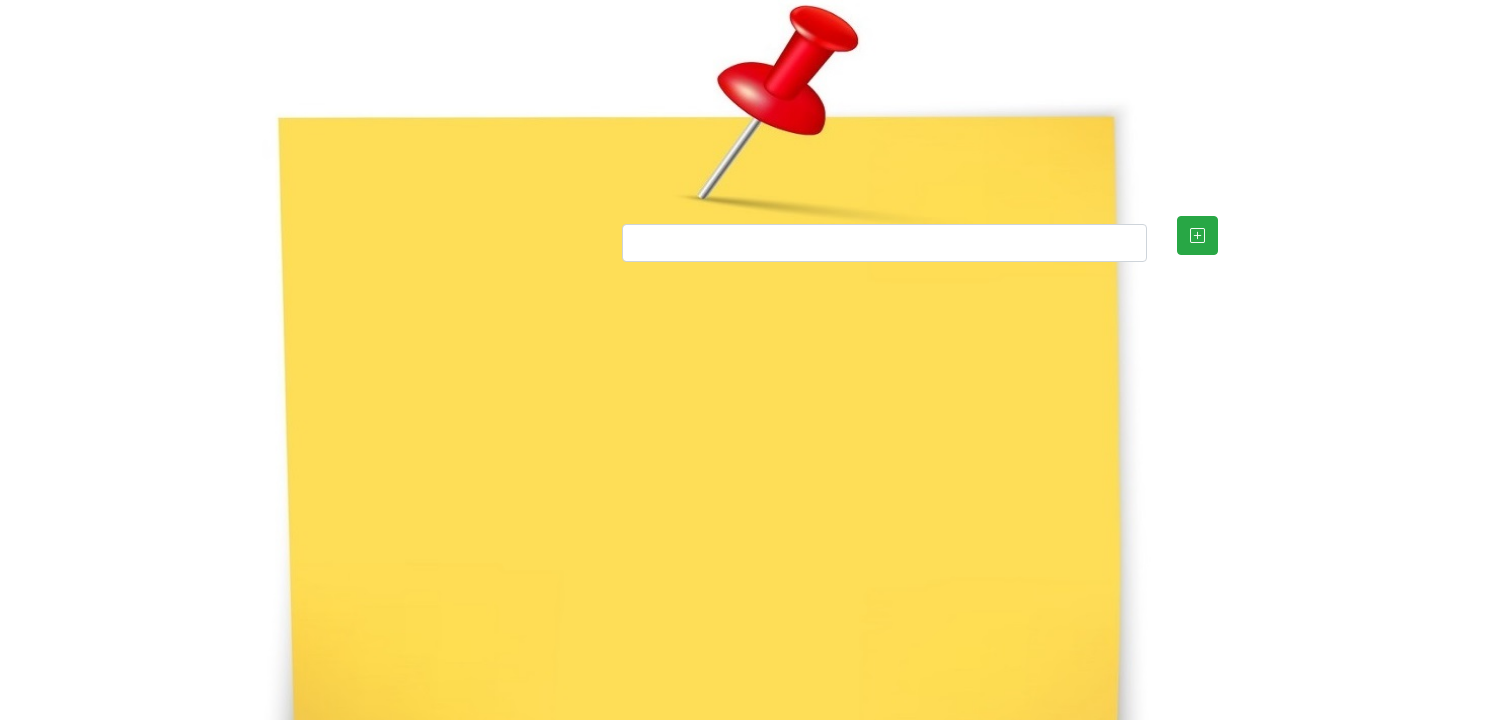
Repository: walaaElbasha/Todo-list-laravel
Page: http://localhost/tasks
The author's editor kept a copy of each file at every save. The page is drawn from the files as they stood at one save, then again after the next save.
The browser window is 1280 px wide. The page is 1490 px wide, then 1280 px, so the pictures cover 1490 px, including what lies to the right of the window. The pictures show the whole page.
The page is served by the project's Laravel application, run on PHP 8.4 with Laravel 8. Other server files are loaded and not shown. Style sheets and scripts are compiled from the project's sources, by tool versions that may differ from the author's. Queries for data that is not in the repository find no rows.

Above is the page before, as saved 2021-07-01 14:59:04.

### routes/web.php
<?php

use Illuminate\Support\Facades\Route;
use App\Http\Controllers\TaskController;
/*
|--------------------------------------------------------------------------
| Web Routes
|--------------------------------------------------------------------------
|
| Here is where you can register web routes for your application. These
| routes are loaded by the RouteServiceProvider within a group which
| contains the "web" middleware group. Now create something great!
|
*/

Route::get('/', function () {
    return view('welcome');
});

Route::get('/tasks', [TaskController::class, 'index'])->name('tasks.index');
Route::post('/tasks', [TaskController::class, 'store'])->name('tasks.store');
Route::get('/tasks/{task}/edit', [TaskController::class, 'edit'])->name('tasks.edit');
Route::put('/tasks/{task}', [TaskController::class, 'update'])->name('tasks.update');
Route::delete('/tasks/{task}', [TaskController::class, 'destroy'])->name('tasks.destroy');

### app/Http/Controllers/TaskController.php
<?php

namespace App\Http\Controllers;
use Illuminate\Http\Request;
use App\Http\Requests\TaskRequest;
use App\Models\Task;


class TaskController extends Controller

{

    public function index()
    {
        $allTasks = Task::paginate(4);

        return view('tasks.index', [
            'allTasks' => $allTasks
        ]);
    }

    public function edit($taskId)
    {
        $task = Task::find($taskId);
        return view('tasks.edit', [
            'task' => $task,
        ]);
    }
    public function update($taskId, TaskRequest $request)
    {


        // $requestData = $request->all();

        // $task = Task::find($taskId);
        // $task->update($requestData);
        // $task->save();

        $requestData = $request->all();
        $task = Task::find($taskId);
        $task->update($requestData);
        $task->save();
        return redirect()->route('tasks.index')->with('success', "TODO updated successfully!");
    }

    public function destroy($taskId)
    {

        $task = Task::findorfail($taskId);

        $task->delete();
        return redirect()->route('tasks.index');
    }



    public function store(TaskRequest $request)
    {

        // $requestData = $request->all();
        // Task::create($requestData);

        $task = new Task;
        $task->name = $request->name;
        $task->save();
        return redirect()->route('tasks.index');
    }

}

### resources/views/tasks/index.blade.php
@extends('layouts.app')

@section('content')

<!-- Bootstrap Boilerplate... -->
<div>

    <div class="container" style="margin-top:200px; margin-left:350px" >

        <!-- Display Validation Errors -->
        <table>
            <ul >
                @foreach($allTasks as $task)


                <tr>
                    <td style="width:600px">
                        <div style="display:flex">
                            <!-- <div style="justify-content:flex-start"> -->
                            <li>
                                {{ $task->name}}

                            </li>
                    </td>
                    <td>
                        <!-- </div> -->
                        <div style="justify-content:flex-end">

                            <a href="{{ route('tasks.edit',['task' => $task['id']]) }}" class="btn btn-secondary" style="margin-bottom: 20px;"><i class="bi bi-pencil-square"></i>


                            </a>

                            <form style="display:inline" method="POST" action="{{route('tasks.destroy',['task' => $task['id']])}}">
                                @csrf
                                @method('DELETE')
                                <button onclick="return confirm('Are you sure?')" class="btn btn-danger" type="submit" style="margin-bottom: 20px;"><i class="bi bi-trash-fill"></i></button>
                            </form>
                        </div>
    </div>
    <br>
    </td>

    </tr>


    @endforeach
    </ul>
    </table>
    <!-- New Task Form -->
    <form action="{{ route('tasks.store') }}" method="POST" class="form-horizontal">
        @csrf

        <!-- Task Name -->
        <div class="form-group">
            <div class="text-center" style="display:flex; justify-content:center; align-items:center">
                {{$allTasks->links("pagination::bootstrap-4")}}

            </div>

            @if($errors->any())
            <div class="alert alert-danger">
                <ul>
                    @foreach ($errors->all() as $error)
                    <li>{{ $error }}</li>
                    @endforeach
                </ul>
            </div>
            @endif
            <div style="display:flex; justify-content:center; align-items:center">
                <div class="col-sm-6">
                    <input type="text" name="name" id="name" class="form-control">
                </div>

                <div class="form-group">
                    <div class="col-sm-offset-3 col-sm-6">
                        <button type="submit" class="btn btn-success">
                            <span style="font-size:15px"><i class="bi bi-plus-square"></i> </span>
                        </button>
                    </div>
                </div>
            </div>
        </div>
    </form>
</div>
</div>



<!-- TODO: Current Tasks -->
@endsection

### resources/views/layouts/app.blade.php
<!DOCTYPE html>
<html lang="en">

<head>
    <meta charset="utf-8">
    <meta name="viewport" content="width=device-width, initial-scale=1">

    <!-- CSRF Token -->
    <meta name="csrf-token" content="{{ csrf_token() }}">

    <title>{{ config('app.name', 'All Tasks') }}</title>

    <!-- Scripts -->
    <script src="{{ asset('js/app.js') }}" defer></script>

    <!-- Fonts -->
    <link rel="dns-prefetch" href="//fonts.gstatic.com">
    <link href="https://fonts.googleapis.com/css?family=Nunito" rel="stylesheet">

    <!-- Styles -->
    <link href="{{ asset('css/app.css') }}" rel="stylesheet">
    <link rel="stylesheet" href="https://cdn.jsdelivr.net/npm/bootstrap@4.6.0/dist/css/bootstrap.min.css" integrity="sha384-B0vP5xmATw1+K9KRQjQERJvTumQW0nPEzvF6L/Z6nronJ3oUOFUFpCjEUQouq2+l" crossorigin="anonymous">
    <link rel="stylesheet" href="path/to/font-awesome/css/font-awesome.min.css">
    <link rel="stylesheet" href="https://cdn.jsdelivr.net/npm/bootstrap-icons@1.5.0/font/bootstrap-icons.css">
</head>


<body style="background-image: url('sticky.jpg')  ; background-repeat: no-repeat;
  background-size: 1400px 950px;">
    <div class="container">
        <nav class="navbar navbar-default">
            <!-- Navbar Contents -->
        </nav>
    </div>

    @yield('content')

</body>

</html>

Loaded but not shown: app/Http/Controllers/Controller.php (common file); app/Models/Task.php (common file); resources/sass/app.scss (common file); resources/sass/_variables.scss (common file)

After the next save:
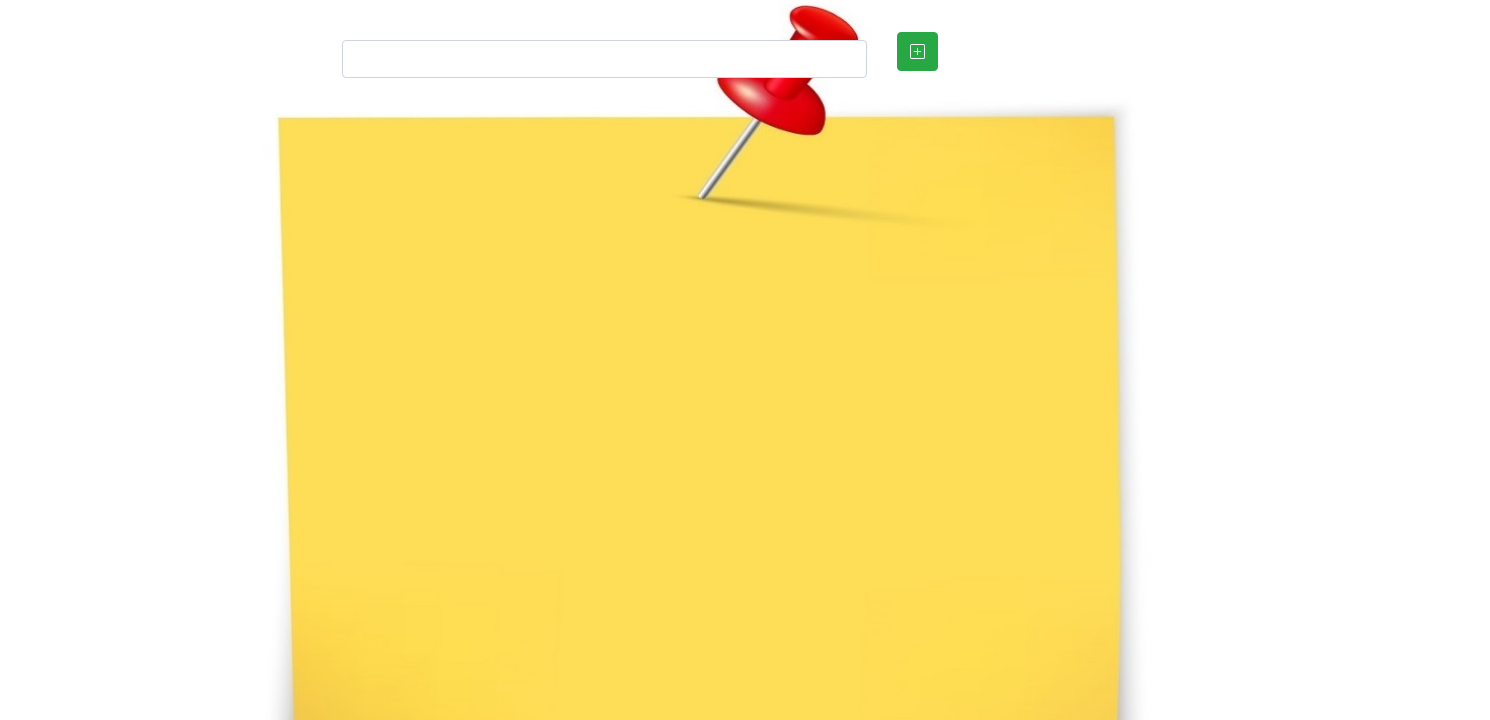
Saved 14 s later.
--- a/resources/views/tasks/index.blade.php
+++ b/resources/views/tasks/index.blade.php
@@ -5,7 +5,7 @@
 <!-- Bootstrap Boilerplate... -->
 <div>
 
-    <div class="container" style="margin-top:200px; margin-left:350px" >
+    <div class="container" >
 
         <!-- Display Validation Errors -->
         <table>
